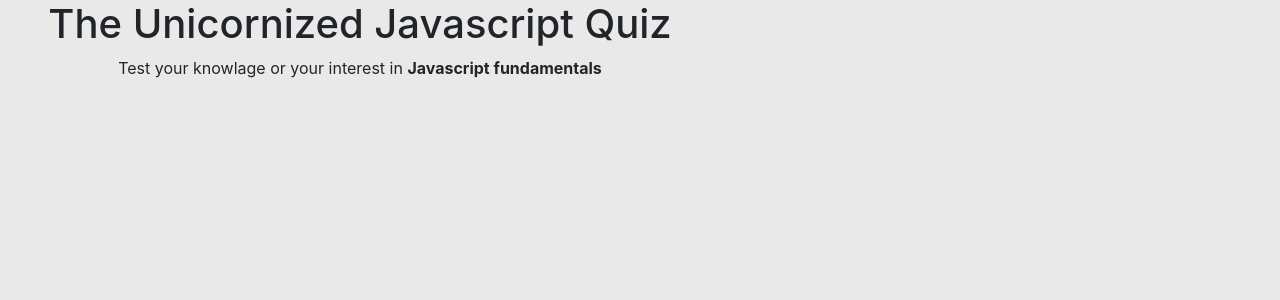
Repository: CharlotteAneriksson/donutQuiz
Page: index.html
The author's editor kept a record of every edit. The page is drawn from the files as they stood at one moment, then again after the next edit.
The browser window is 1280 px wide. The pictures show the whole page.

Above is the page before.

After the next edit:
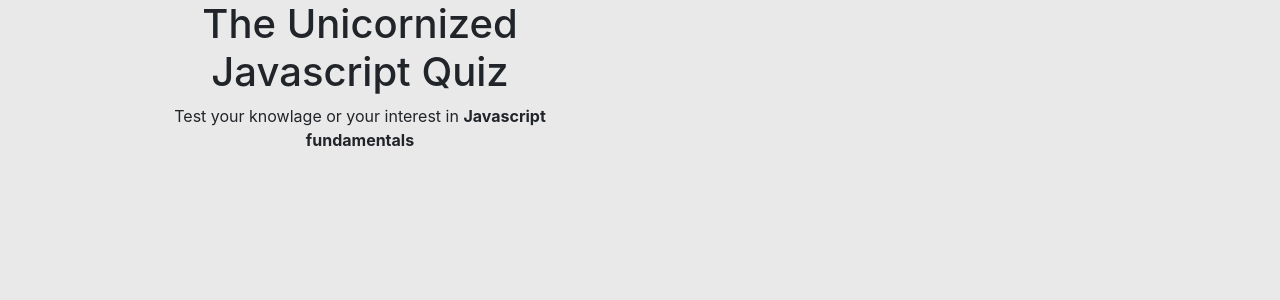
The edit:
--- a/css/style.css
+++ b/css/style.css
@@ -5,6 +5,7 @@
     background-color:#e9e9e9;
 }
 
-main{
-
+.container{
+    width:60%;
+    margin: 0 auto;
 }
